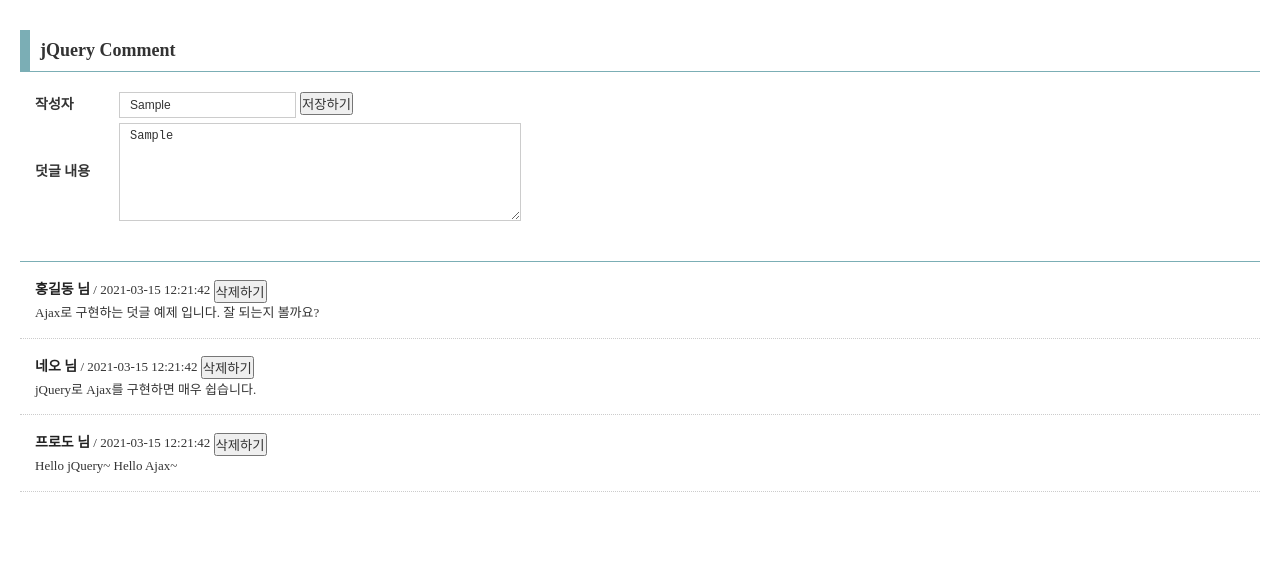
Repository: rwanda95do/bitcamp
Page: JQueryAjax/src/main/webapp/02_xml/exam05.html
An editor plug-in stored every save of this project. The page is shown before and after the next save, followed by the edit.
The browser window is 1280 px wide. The pictures show the whole page.
Empty fields were first filled with sample values (such as "Sample", 5 or name@example.com).
After loading, the first visible `#comment_form` was submitted once.

Above is the page before, as saved 2024-08-28 07:43:12.

After the next save:
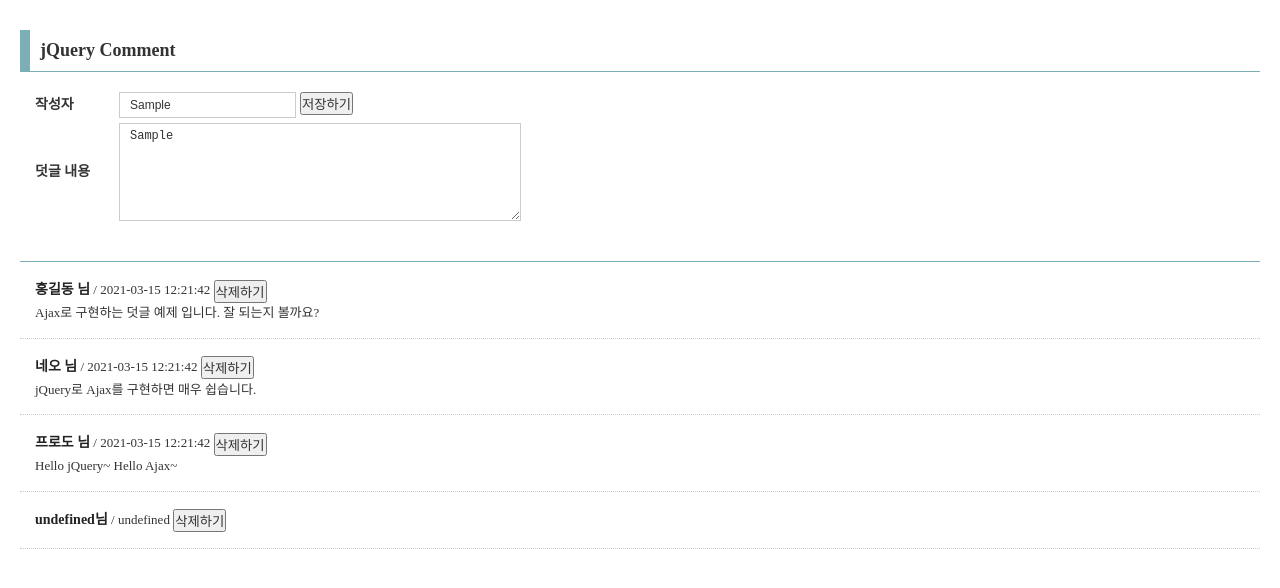
Saved 21 s later.
--- a/JQueryAjax/src/main/webapp/02_xml/exam05.html
+++ b/JQueryAjax/src/main/webapp/02_xml/exam05.html
@@ -216,7 +216,7 @@
 				'../comment/comment_write.jsp',
 				$('#comment_form').serialize(),
 				function(){ // 성공
-
+					addItem();
 		}).fail(function() { // 실패
 
 		});

After the save that followed:
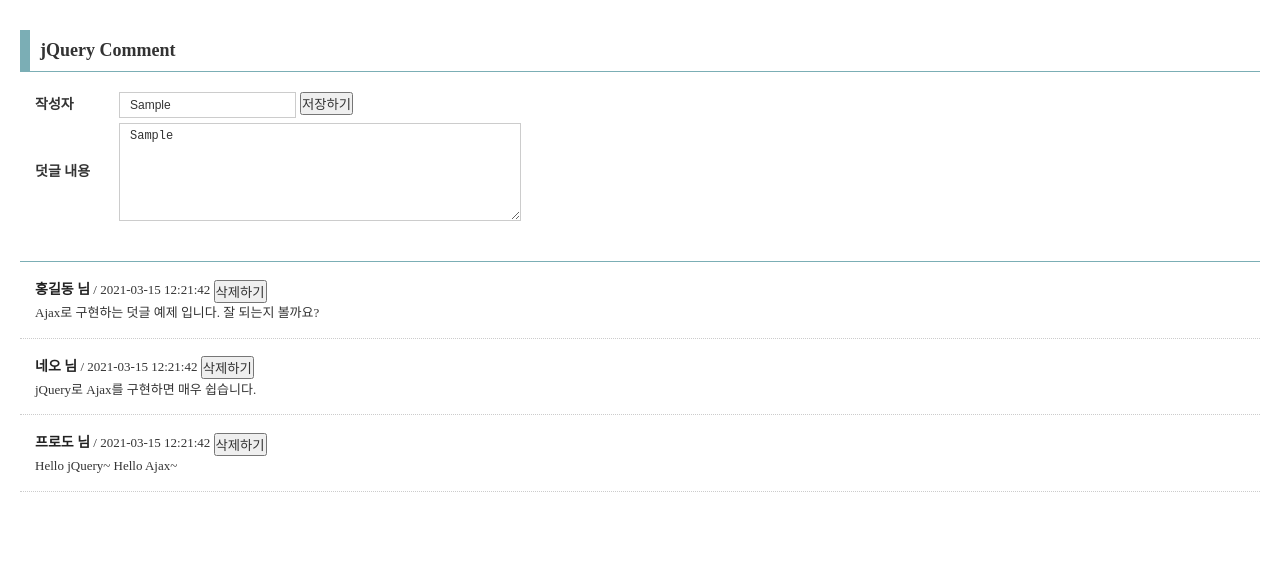
Console error: TypeError: $(...).addItem is not a function
Saved 33 s later.
--- a/JQueryAjax/src/main/webapp/02_xml/exam05.html
+++ b/JQueryAjax/src/main/webapp/02_xml/exam05.html
@@ -215,7 +215,8 @@
 		$.post(
 				'../comment/comment_write.jsp',
 				$('#comment_form').serialize(),
-				function(){ // 성공
+				function(data){ // 성공
+					$(data).
 					addItem();
 		}).fail(function() { // 실패
 
